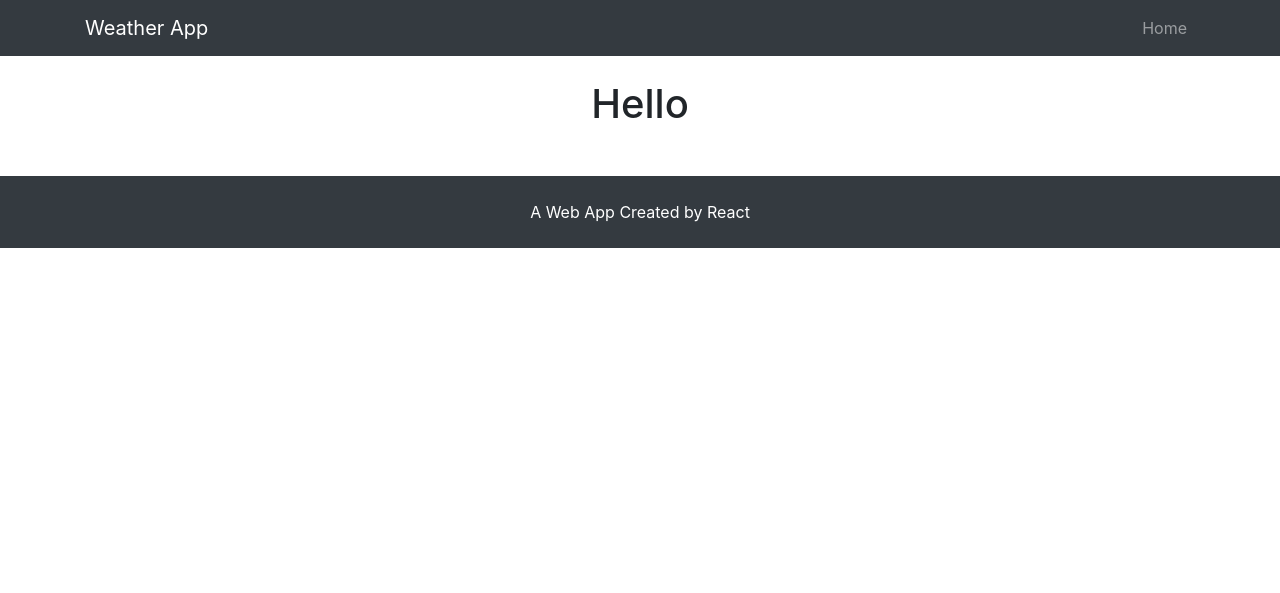
Repository: smk87/weather-app-react
Page: /weather/2344116
These files come from the project's save history. The page is drawn as it stood at one moment and after the next save; the edit follows.
The browser window is 1280 px wide. The pictures show the whole page.
The page's requests for data from a server got no answer. Some web libraries are served in a nearby version. The project was rebuilt for these pictures with package versions that can differ from the ones it lists, and the page was loaded fresh each time. A package was used in the major version that the imports need, not the one package.json lists. No one was signed in, and anything a server would have sent is missing. Also part of the build but not shown: src/components/Weather.js, src/components/Home.js.

Above is the page before, as saved 2019-02-06 21:45:44.

### public/index.html
<!DOCTYPE html>
<html lang="en">
  <head>
    <meta charset="utf-8" />
    <link rel="shortcut icon" href="%PUBLIC_URL%/favicon.ico" />
    <meta
      name="viewport"
      content="width=device-width, initial-scale=1, shrink-to-fit=no"
    />
    <meta name="theme-color" content="#000000" />
    <!--
      manifest.json provides metadata used when your web app is added to the
      homescreen on Android. See https://developers.google.com/web/fundamentals/web-app-manifest/
    -->
    <link rel="manifest" href="%PUBLIC_URL%/manifest.json" />
    <link
      rel="stylesheet"
      href="https://stackpath.bootstrapcdn.com/bootstrap/4.2.1/css/bootstrap.min.css"
      integrity="sha384-GJzZqFGwb1QTTN6wy59ffF1BuGJpLSa9DkKMp0DgiMDm4iYMj70gZWKYbI706tWS"
      crossorigin="anonymous"
    />
    <script
      defer
      src="https://use.fontawesome.com/releases/v5.6.3/js/all.js"
      integrity="sha384-EIHISlAOj4zgYieurP0SdoiBYfGJKkgWedPHH4jCzpCXLmzVsw1ouK59MuUtP4a1"
      crossorigin="anonymous"
    ></script>
    <!--
      Notice the use of %PUBLIC_URL% in the tags above.
      It will be replaced with the URL of the `public` folder during the build.
      Only files inside the `public` folder can be referenced from the HTML.

      Unlike "/favicon.ico" or "favicon.ico", "%PUBLIC_URL%/favicon.ico" will
      work correctly both with client-side routing and a non-root public URL.
      Learn how to configure a non-root public URL by running `npm run build`.
    -->
    <title>Weather App</title>
  </head>
  <body>
    <noscript>You need to enable JavaScript to run this app.</noscript>
    <div id="root"></div>
    <!--
      This HTML file is a template.
      If you open it directly in the browser, you will see an empty page.

      You can add webfonts, meta tags, or analytics to this file.
      The build step will place the bundled scripts into the <body> tag.

      To begin the development, run `npm start` or `yarn start`.
      To create a production bundle, use `npm run build` or `yarn build`.
    -->

    <script
      src="https://code.jquery.com/jquery-3.3.1.slim.min.js"
      integrity="sha384-q8i/X+965DzO0rT7abK41JStQIAqVgRVzpbzo5smXKp4YfRvH+8abtTE1Pi6jizo"
      crossorigin="anonymous"
    ></script>
    <script
      src="https://cdnjs.cloudflare.com/ajax/libs/popper.js/1.14.6/umd/popper.min.js"
      integrity="sha384-wHAiFfRlMFy6i5SRaxvfOCifBUQy1xHdJ/yoi7FRNXMRBu5WHdZYu1hA6ZOblgut"
      crossorigin="anonymous"
    ></script>
    <script
      src="https://stackpath.bootstrapcdn.com/bootstrap/4.2.1/js/bootstrap.min.js"
      integrity="sha384-B0UglyR+jN6CkvvICOB2joaf5I4l3gm9GU6Hc1og6Ls7i6U/mkkaduKaBhlAXv9k"
      crossorigin="anonymous"
    ></script>
  </body>
</html>

### src/App.js
import React, { Component } from "react";
import { BrowserRouter as Router, Route, Switch } from "react-router-dom";
import logo from "./logo.svg";
import "./App.css";

//Import All Components
import NavBar from "./components/NavBar";
import Footer from "./components/Footer";
import Home from "./components/Home";
import DetailedWeather from "./components/DetailedWeather";

class App extends Component {
  render() {
    return (
      <Router>
        <div className="App">
          <NavBar />
          <Route exact path="/" component={Home} />
          <Route exact path="/search/:keyword" component={Home} />
          <Route exact path="/weather/:woeid" component={DetailedWeather} />
          <Footer />
        </div>
      </Router>
    );
  }
}

export default App;

### src/components/NavBar.js
import React, { Component } from "react";
import { Link } from "react-router-dom";

export default class NavBar extends Component {
  render() {
    return (
      <div>
        <nav className="navbar navbar-expand-sm navbar-dark bg-dark mb-4">
          <div className="container">
            <Link className="navbar-brand" to="/">
              Weather App
            </Link>
            <button
              className="navbar-toggler"
              type="button"
              data-toggle="collapse"
              data-target="#mobile-nav"
            >
              <span className="navbar-toggler-icon" />
            </button>

            <div className="collapse navbar-collapse" id="mobile-nav">
              <ul className="navbar-nav mr-auto" />
              <ul className="navbar-nav ml-auto">
                <li className="nav-item">
                  <Link className="nav-link" to="/">
                    Home
                  </Link>
                </li>
              </ul>
            </div>
          </div>
        </nav>
      </div>
    );
  }
}

### src/components/Footer.js
import React from "react";

export default function Footer() {
  return (
    <footer className="bg-dark text-white mt-5 p-4 text-center">
      A Web App Created by React
    </footer>
  );
}

### src/components/DetailedWeather.js
import React, { Component } from "react";
import Weather from "./Weather";
import axios from "axios";
import ConsolidatedWeather from "./ConsolidatedWeather";

export default class DetailedWeather extends Component {
  constructor() {
    super();

    this.state = {
      detailedweather: [],
      logo: "",
      cityname: ""
    };
  }

  componentWillMount() {
    const url = `weather/weather.php?command=location&woeid=${
      this.props.match.params.woeid
    }`;
    // console.log(url);
    axios
      .get(url) //Used proxy to connect with local wamp server
      .then(res => {
        this.setState({
          detailedweather: res.data.consolidated_weather,
          cityname: res.data.title
        });

        console.log(temp, this.state.cityname);
      })
      .catch(err => console.log(err));
  }
  render() {
    return (
      <div>
        <h1>Hello</h1>
        {this.callcomp}
      </div>
    );
  }
}

### src/components/ConsolidatedWeather.js
import React, { Component } from "react";

export default class ConsolidatedWeather extends Component {
  constructor() {
    super();

    this.state = {
      cityname: "",
      temp: "",
      maxtemp: "",
      mintemp: "",
      logo: "",
      day: ""
    };
  }

  componentWillMount() {
    console.log(this.props);
  }

  render() {
    return (
      <div className=" mt-5 mx-auto h-50 w-25 card">
        <img
          src={this.state.logo}
          className="card-img-top pl-2 pr-2"
          alt="..."
        />
        <div className="card-body">
          <div className="card-text">
            <h2>{this.state.cityname}</h2>
          </div>
          <div className="card-text">
            <h5>Temparature: </h5> {this.state.temp}
            <span>&#8451;</span>
          </div>
          <div className="card-text">
            {" "}
            <h5>Maximum Temparature: </h5> {this.state.maxtemp}
            <span>&#8451;</span>
          </div>
          <div className="card-text">
            {" "}
            <h5>Minimum Temparature: </h5>
            {this.state.mintemp}
            <span>&#8451;</span>
          </div>
          <p />
        </div>
      </div>
    );
  }
}

Loaded but not shown: src/index.js (common file); src/index.css (common file); src/serviceWorker.js (common file); src/App.css (common file)

After the next save:
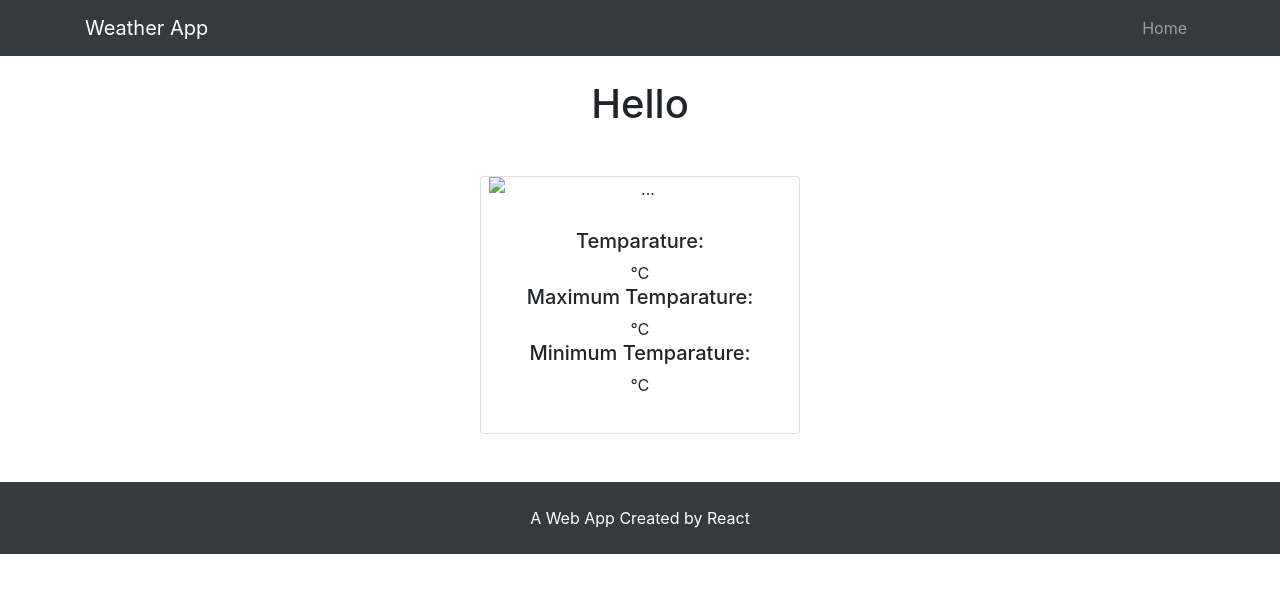
Saved 11 s later.
--- a/src/components/DetailedWeather.js
+++ b/src/components/DetailedWeather.js
@@ -35,7 +35,7 @@ export default class DetailedWeather extends Component {
     return (
       <div>
         <h1>Hello</h1>
-        {this.callcomp}
+        <ConsolidatedWeather />
       </div>
     );
   }
